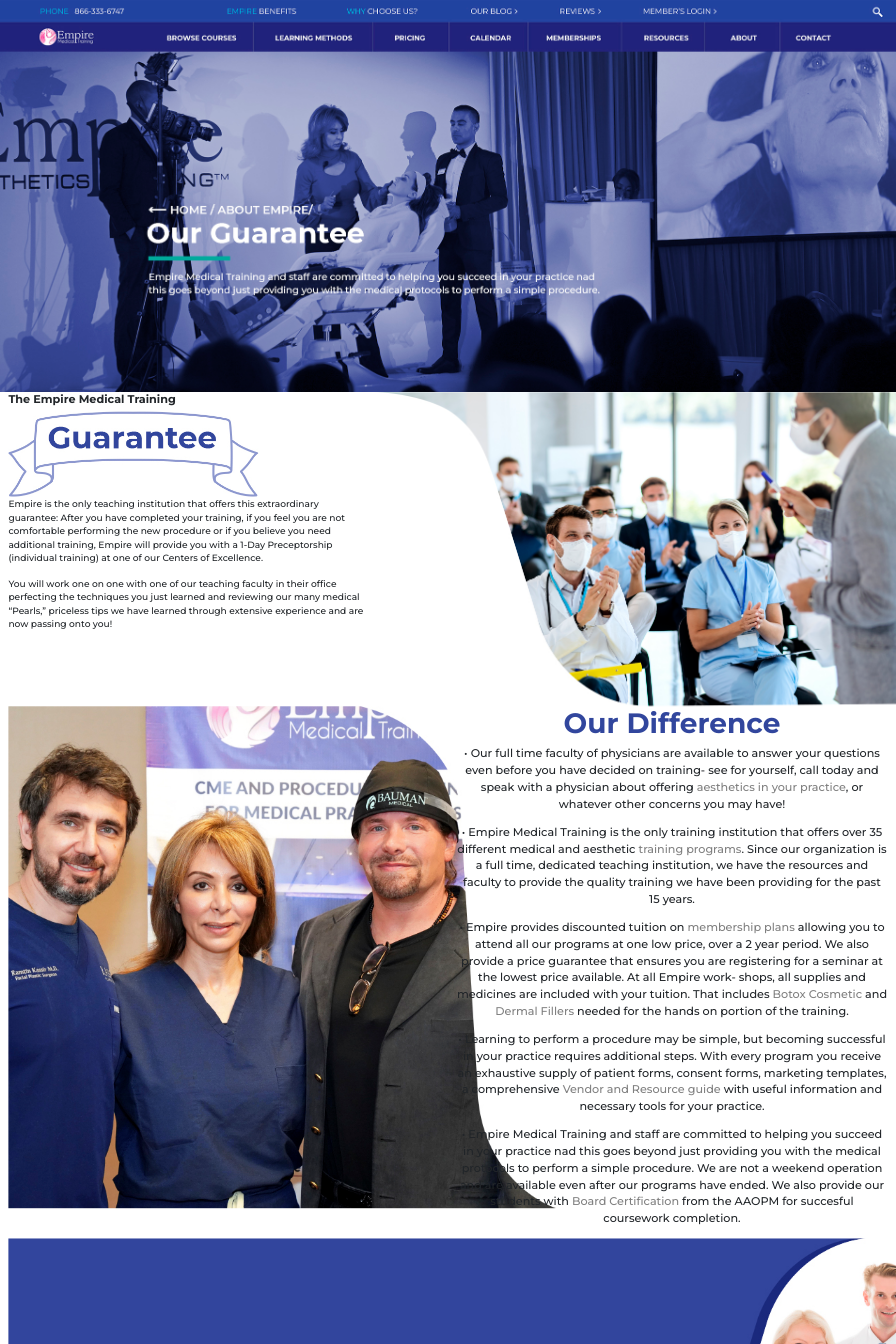
Repository: jorgi710/BODY-CONTOURING-INJECTABLES-AND-ADJUNCT-PROCEDURES
Page: our quarantee/file/src/index.html
The author's editor kept a copy of each file at every save. The page is drawn from the files as they stood at one save, then again after the next save.
The browser window is 1280 px wide. The pictures show the part of the page from y = 0 to 1920 px (the page is 6335 px tall), at 70% of full size.

Above is the page before, as saved 2021-04-06 05:39:36.

After the next save:
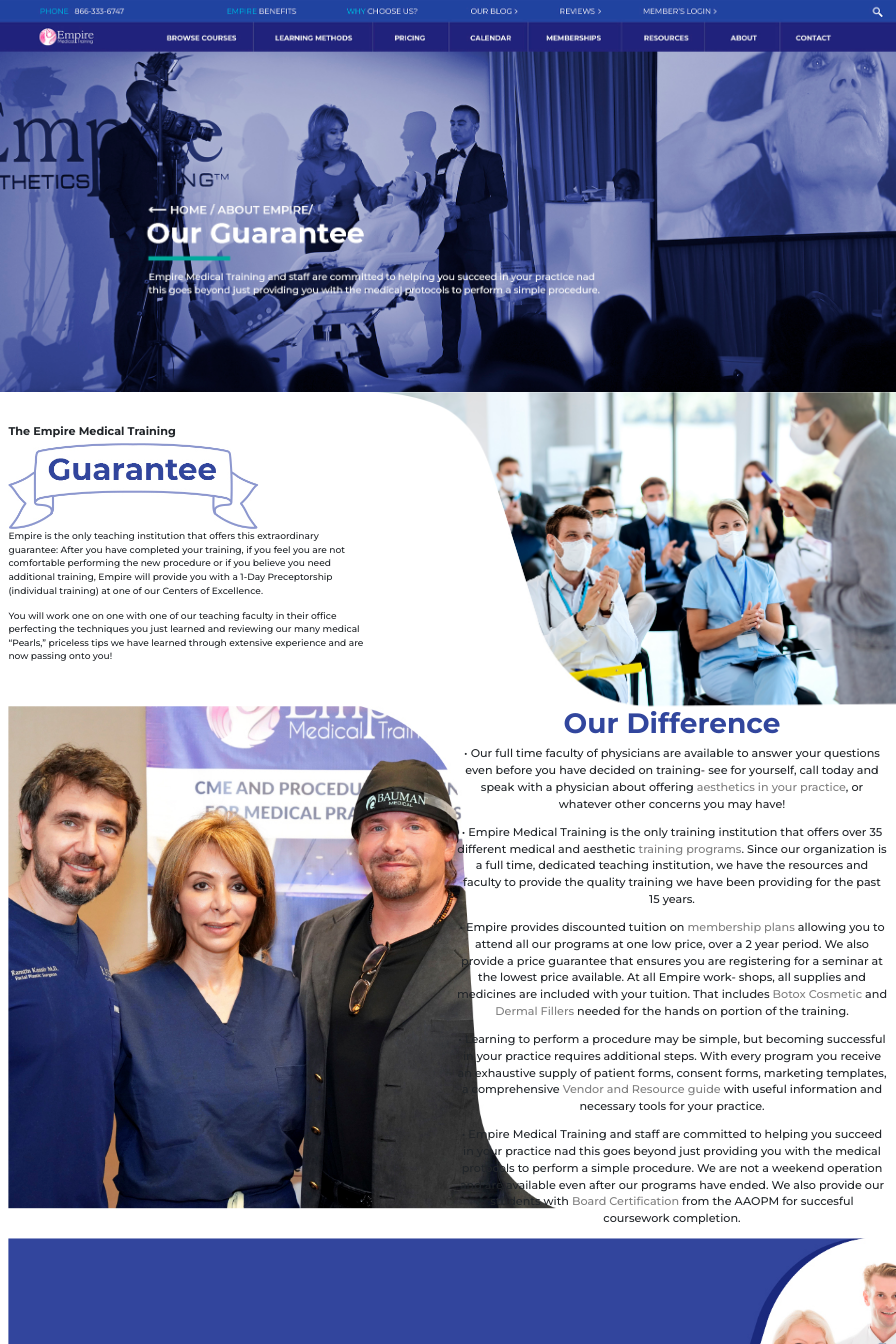
Saved 10 s later.
--- a/our quarantee/file/src/index.html
+++ b/our quarantee/file/src/index.html
@@ -33,7 +33,7 @@
         <div class="container-fluid text-center">
           <div class="row sombras">
             <div
-              class="col-sm-12 col-md-5 text-start justify-content-center medio"
+              class="col-sm-12 col-md-5 text-start justify-content-center align-content-center medio"
             >
               <h1 class="bold">The Empire Medical Training</h1>
               <img src="../assets/logo_main.jpg" alt="logo" class="img-fluid" />

After the save that followed:
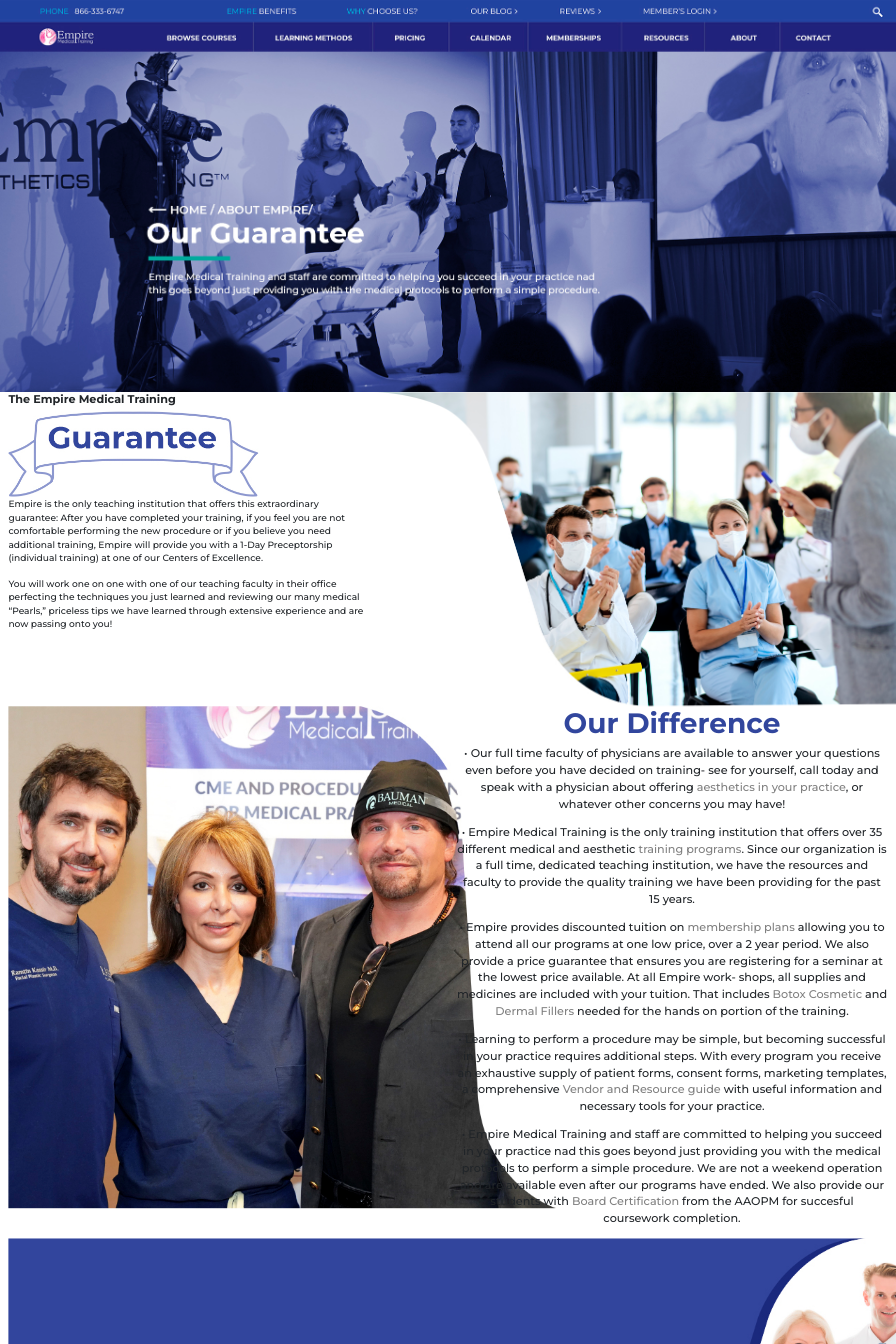
Saved 8 s later.
--- a/our quarantee/file/src/index.html
+++ b/our quarantee/file/src/index.html
@@ -33,7 +33,7 @@
         <div class="container-fluid text-center">
           <div class="row sombras">
             <div
-              class="col-sm-12 col-md-5 text-start justify-content-center align-content-center medio"
+              class="col-sm-12 col-md-5 text-start justify-content-center align-item-center medio"
             >
               <h1 class="bold">The Empire Medical Training</h1>
               <img src="../assets/logo_main.jpg" alt="logo" class="img-fluid" />
